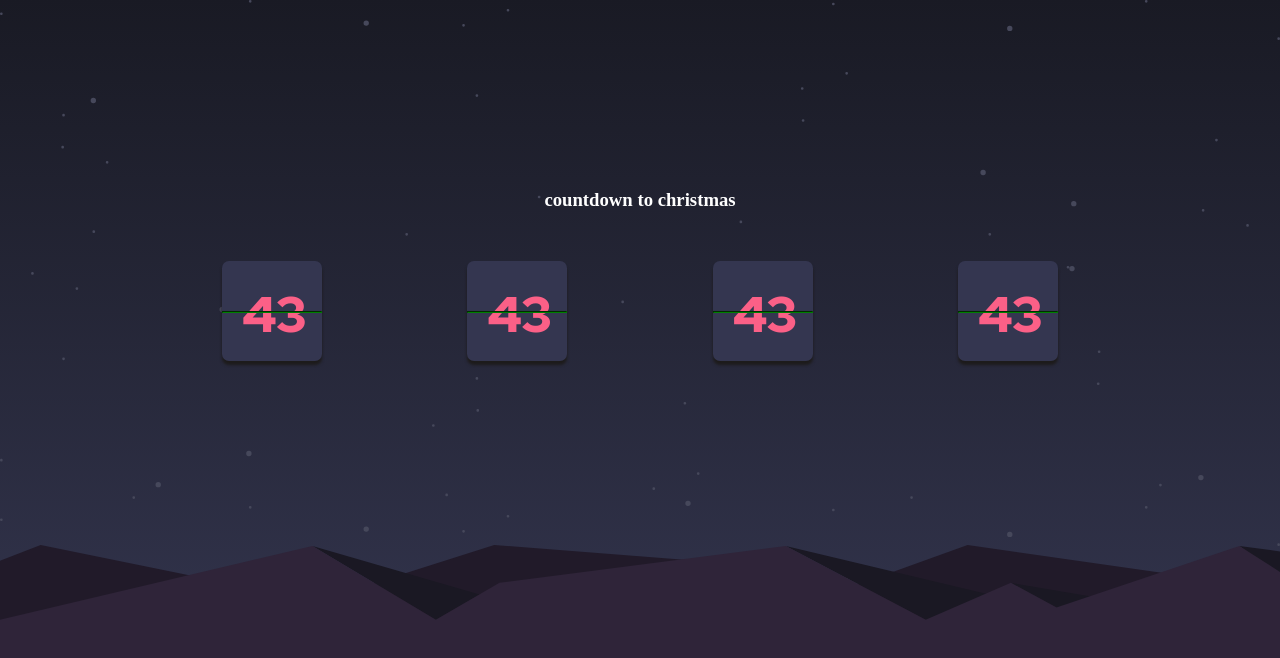
Repository: Eugene44-hub/countdown
Page: index.html
An editor plug-in stored every save of this project. The page is shown before and after the next save, followed by the edit.
The browser window is 1280 px wide. The pictures show the whole page.

Above is the page before, as saved 2021-09-12 03:28:05.

### index.html
<!DOCTYPE html>
<html lang="en">

<head>
    <meta charset="UTF-8">
    <meta http-equiv="X-UA-Compatible" content="IE=edge">
    <meta name="viewport" content="width=device-width, initial-scale=1.0">
    <title>Document</title>
    <link rel="stylesheet" href="style.css">
</head>

<body>
    <div class="container">


        <div class="timer ">
            <h3 class="col10">countdown to christmas</h3>
            <div class="card">
                <p>43</p>
                <hr> </div>
            <div class="card">
                <p>43</p>
                <hr>
            </div>
            <div class="card">
                <p>43</p>
                <hr>
            </div>
            <div class="card">
                <p>43</p>
                <hr>
            </div>

        </div>

    </div>
    <script src="app.js"></script>

</body>

</html>

</html>

### style.css
@import url('https://fonts.googleapis.com/css2?family=Red+Hat+Text:wght@700&display=swap');
* {
    padding: 0;
    margin: 0;
    box-sizing: border-box;
}

body {
    /* background-color: hsl(235, 16%, 14%); */
    /* background-color: hsl(234, 17%, 12%); */
    background-image: url('images/pattern-hills.svg'), url('images/bg-stars.svg'), linear-gradient( hsl(235, 18%, 12%), hsl(236, 21%, 26%));
    background-position: bottom, top;
    background-repeat: no-repeat, repeat;
    background-size: contain;
    background-attachment: fixed;
}

.container {
    display: flex;
    width: 100%;
    height: 500px;
    flex-wrap: wrap;
    text-align: center;
}

.col10 {
    flex: 100%;
    margin: auto;
}

h3 {
    color: white;
    padding: 50px;
}

.timer {
    margin: auto;
    display: flex;
    flex-wrap: wrap;
    justify-content: space-between;
    padding: 30px;
    width: 70%;
}

.card {
    background-color: hsl(236, 21%, 26%);
    padding: 20px;
    width: 100px;
    height: 100px;
    position: relative;
    overflow: hidden;
    box-shadow: 0px 4px 3px rgb(29, 27, 27);
    border-radius: 7px;
    display: flex;
}

p {
    margin: auto;
    font-size: 50px;
    font-family: 'Red Hat Text';
    color: hsl(345, 95%, 68%);
}

hr {
    position: absolute;
    width: 100%;
    top: 50%;
    left: 0%;
    border-color: green;
}


/* timer color  hsl(345, 95%, 68%)
timer card color hsl(237, 18%, 59%)
* /

### app.js
const proposed = new Date('2021-12-25');
const current = new Date();

const proArr = [proposed.getHours(), proposed.getMinutes(), proposed.getSeconds(), proposed.getDay(), proposed.getMonth()]
console.log('proposed days:' + (((proArr.at(-1) * 31) - 7) + proposed.getDate()));
console.log('current days:' + (((current.getMonth() * 31) - 5) + current.getDate()));

console.log((((proArr.at(-1) * 31) - 7) + proposed.getDate()) - (((current.getMonth() * 31) - 5) + current.getDate()) + 'days to christmas');

console.log('hours:' + (24 - current.getHours()));
console.log('minutes:' + (60 - current.getMinutes()));
console.log('hours:' + (60 - current.getSeconds()));

// let cal = proposed. - current;
// console.log(proposed);
// console.log(current.getDate());
// console.log(proArr.at(-1) + 1);
// let another = new Date(cal);
// console.log(another)
//359-253 propsed day - current day(mth*31-7) for september minus 6

After the next save:
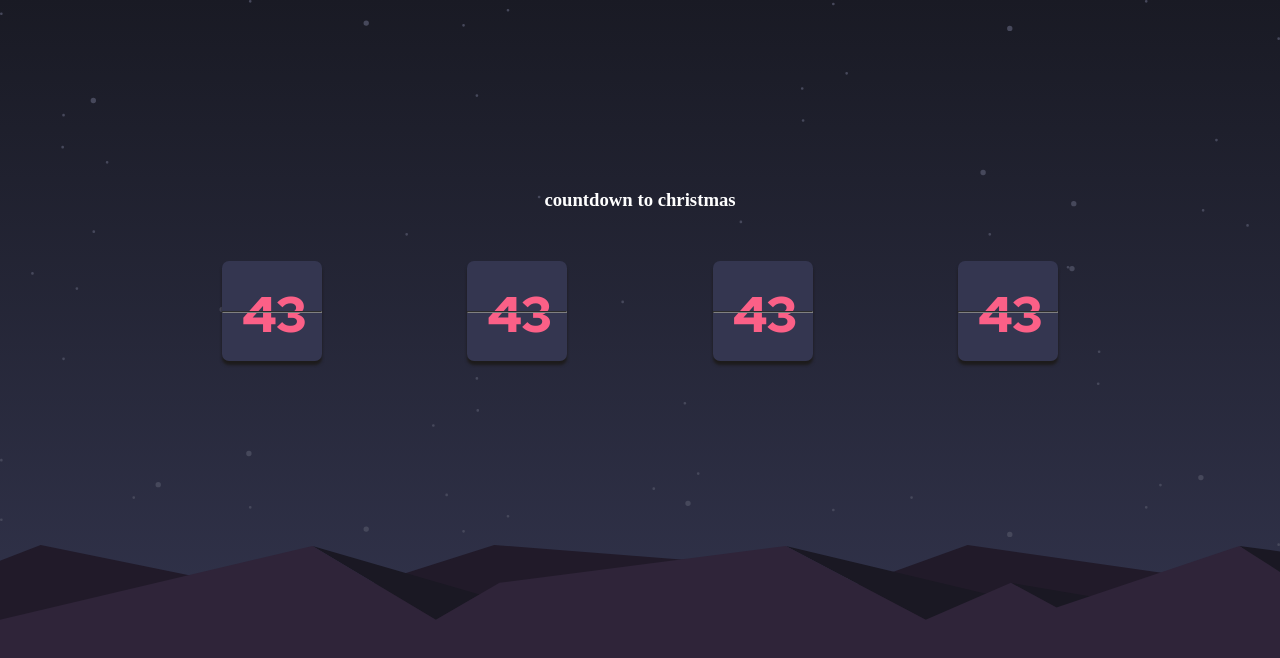
Saved 22 s later.
--- a/style.css
+++ b/style.css
@@ -66,7 +66,7 @@ hr {
     width: 100%;
     top: 50%;
     left: 0%;
-    border-color: green;
+    border-color: grey;
 }
 
 
